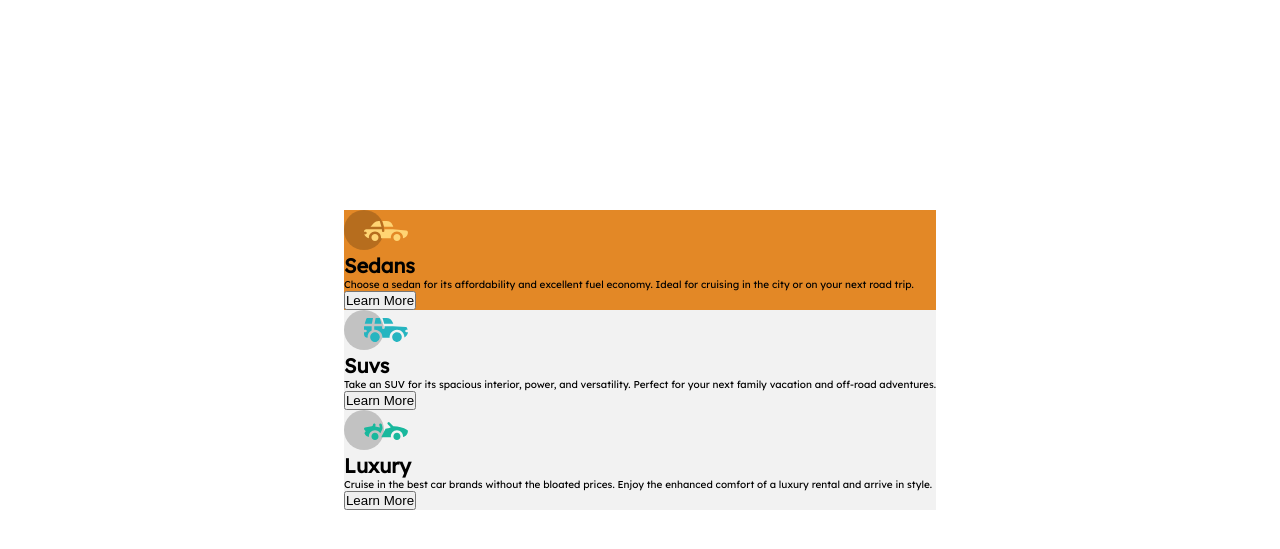
Repository: thaibaocoder1/3-column-card
Page: index.html
An editor plug-in stored every save of this project. The page is shown before and after the next save, followed by the edit.
The browser window is 1280 px wide. The pictures show the whole page.

Above is the page before, as saved 2023-01-11 20:51:28.

After the next save:
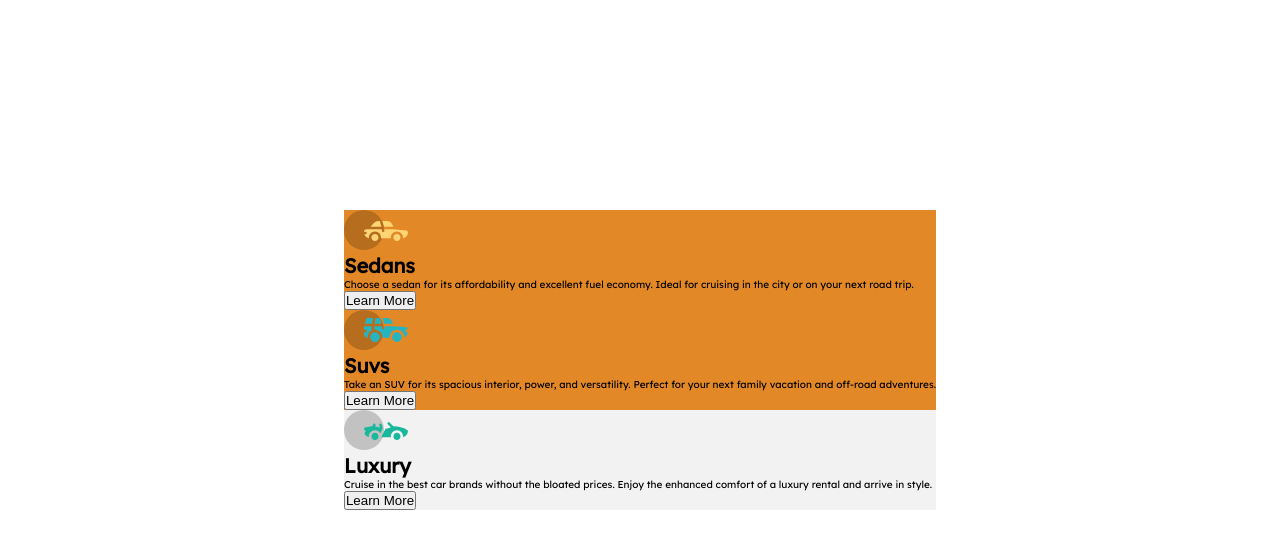
Saved 8 s later.
--- a/styles.css
+++ b/styles.css
@@ -31,3 +31,9 @@
 .container .container__box--one {
     background-color: var(--bright-orange);
 }
+.container .container__box--two {
+    background-color: var(--bright-orange);
+}
+.container .container__box--one {
+    background-color: var(--bright-orange);
+}
